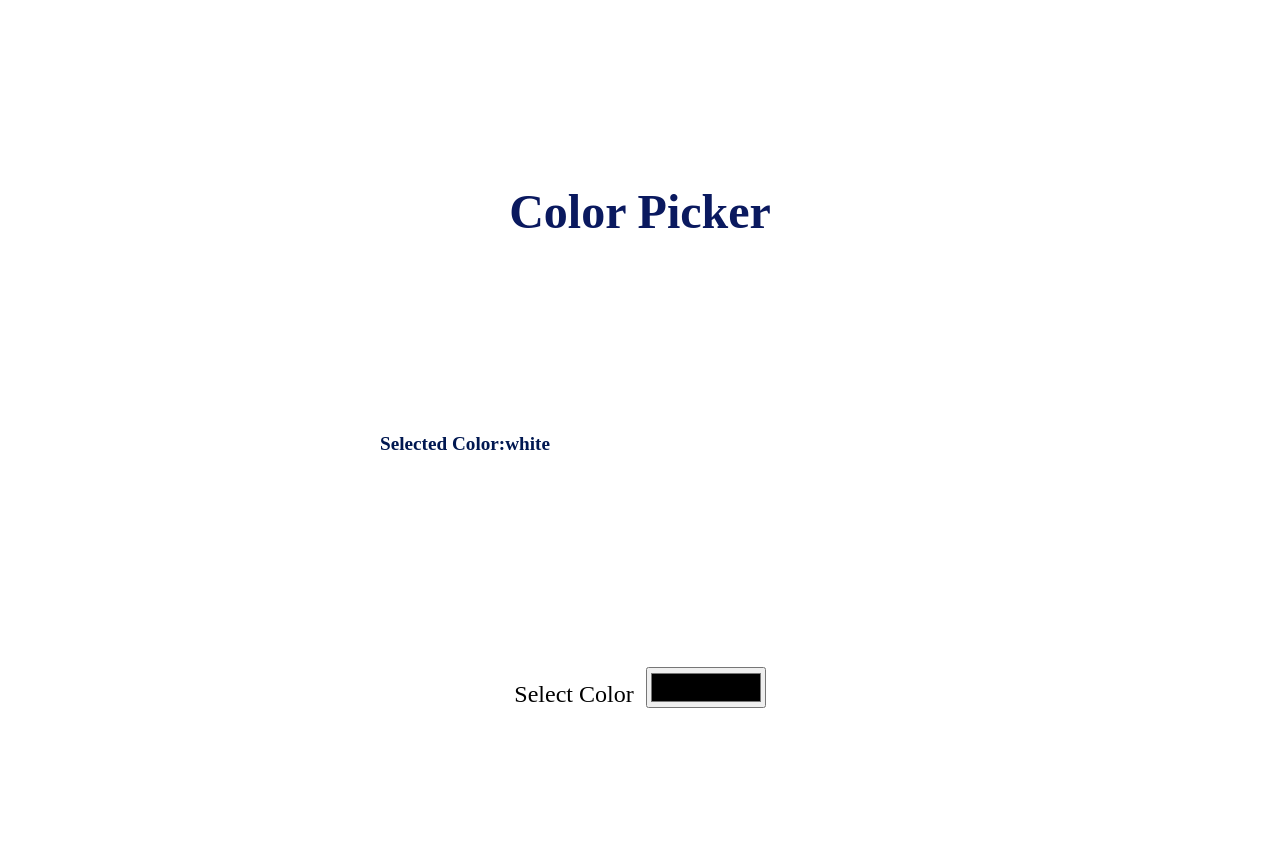
Repository: rkrukshan/Color-Picker--React-
Page: /
These files come from the project's save history. The page is drawn as it stood at one moment and after a run of saves; the edit follows.
The browser window is 1280 px wide. The pictures show the whole page.
The project was rebuilt for these pictures with package versions that can differ from the ones it lists, and the page was loaded fresh each time. Also part of the build but not shown: vite.config.js.

Above is the page before, as saved 2024-07-21 18:37:41.

After the next 2 saves:
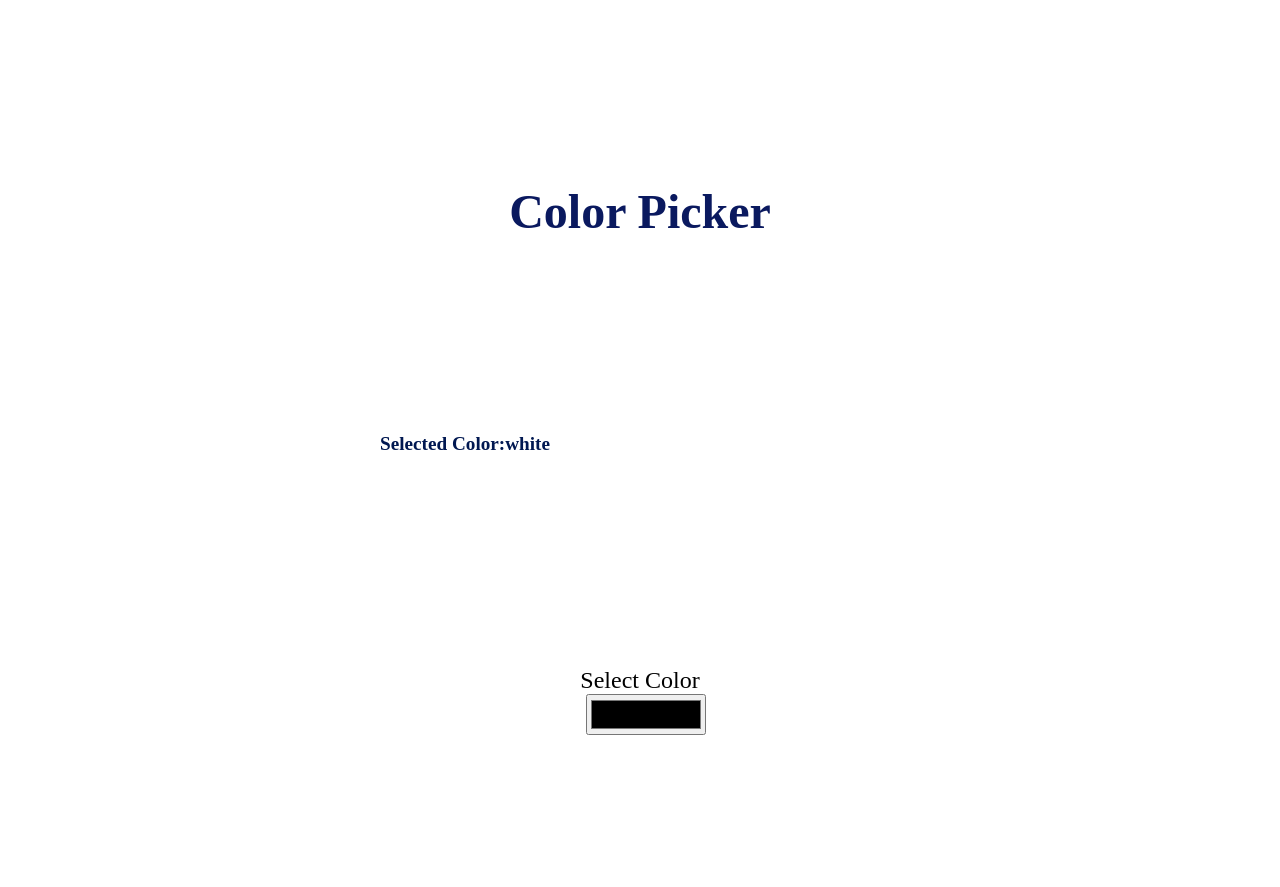
The 2 saves are shown as one change because they came seconds apart.
The last was saved 17 s later.
--- a/src/ColorPicker.jsx
+++ b/src/ColorPicker.jsx
@@ -15,7 +15,7 @@ function ColorPicker() {
       <br />
       <label htmlFor="scp" className="selectlabel">
         Select Color
-      </label>
+      </label><br />
       &nbsp;&nbsp;&nbsp;
       <input type="color" value={color} onChange={updateColor} className="colorpicker"/>
     </div>
